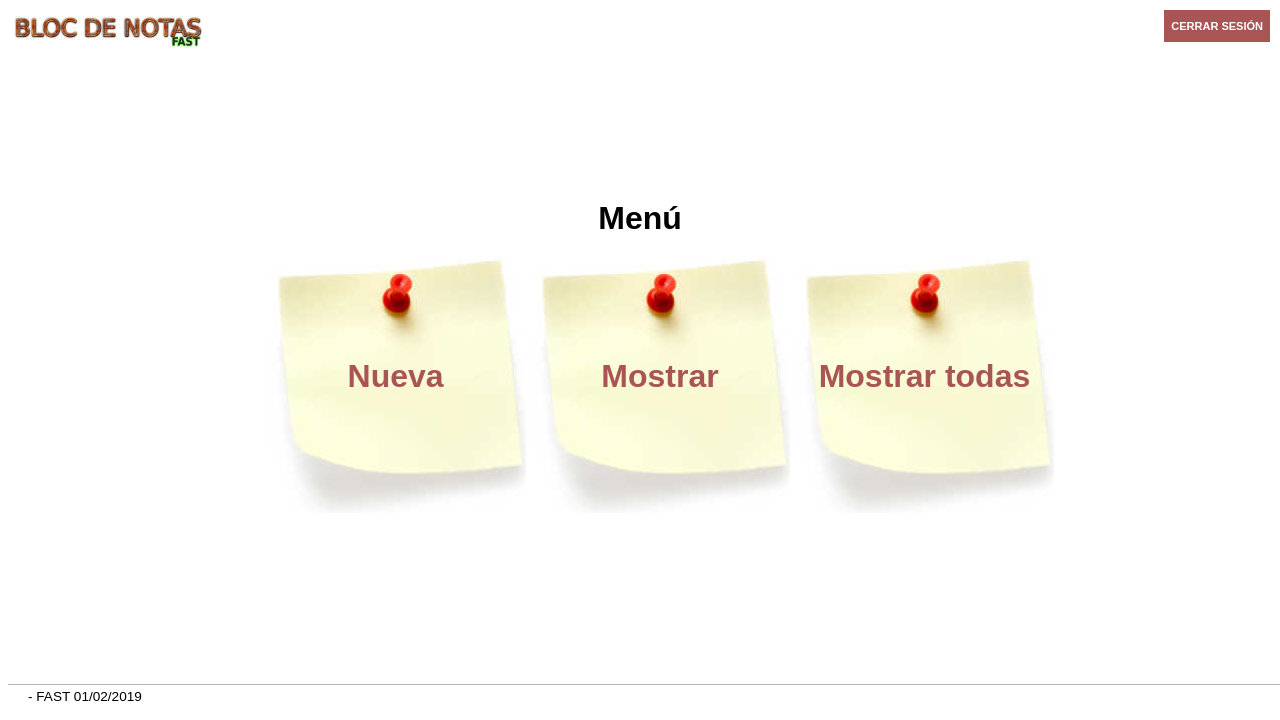
Repository: juahidpal/workspacet
Page: http://localhost/bloc/admins/menu.jsp
These files come from the project's save history. The page is drawn as it stood at one moment and after the next save; the edit follows.
The browser window is 1280 px wide. The pictures show the whole page.
The page is served by Tomcat 9. Nobody is signed in. The application's start-up code is not run.

Above is the page before, as saved 2019-06-05 10:19:49.

After the next save:
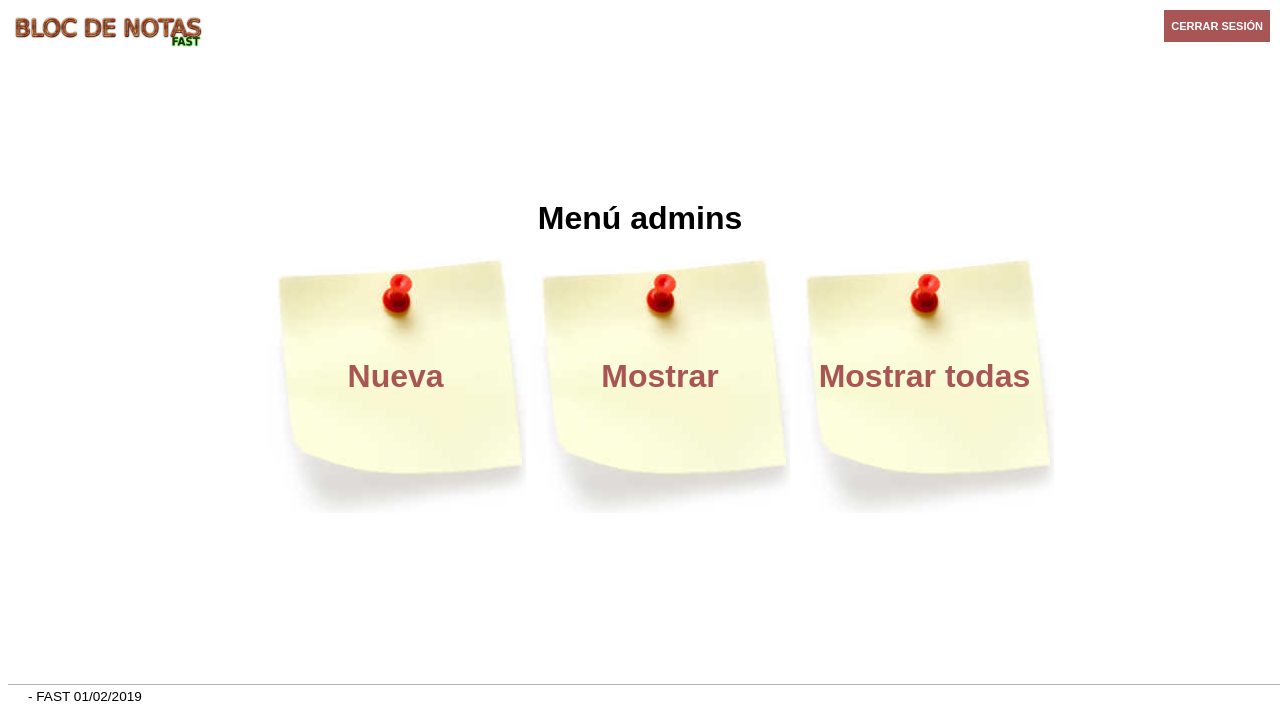
Saved 13 s later.
--- a/bloc/WebContent/admins/menu.jsp
+++ b/bloc/WebContent/admins/menu.jsp
@@ -13,7 +13,7 @@
   </head>
 	<jsp:include page="../usuarios/cabecera.jsp" />
 	<div id="menu">
-		<h1>Menú</h1>
+		<h1>Menú admins</h1>
 		<ol>
 		<li>
 			<a href="usuarios/crearnota.jsp"><span class="fondo">
